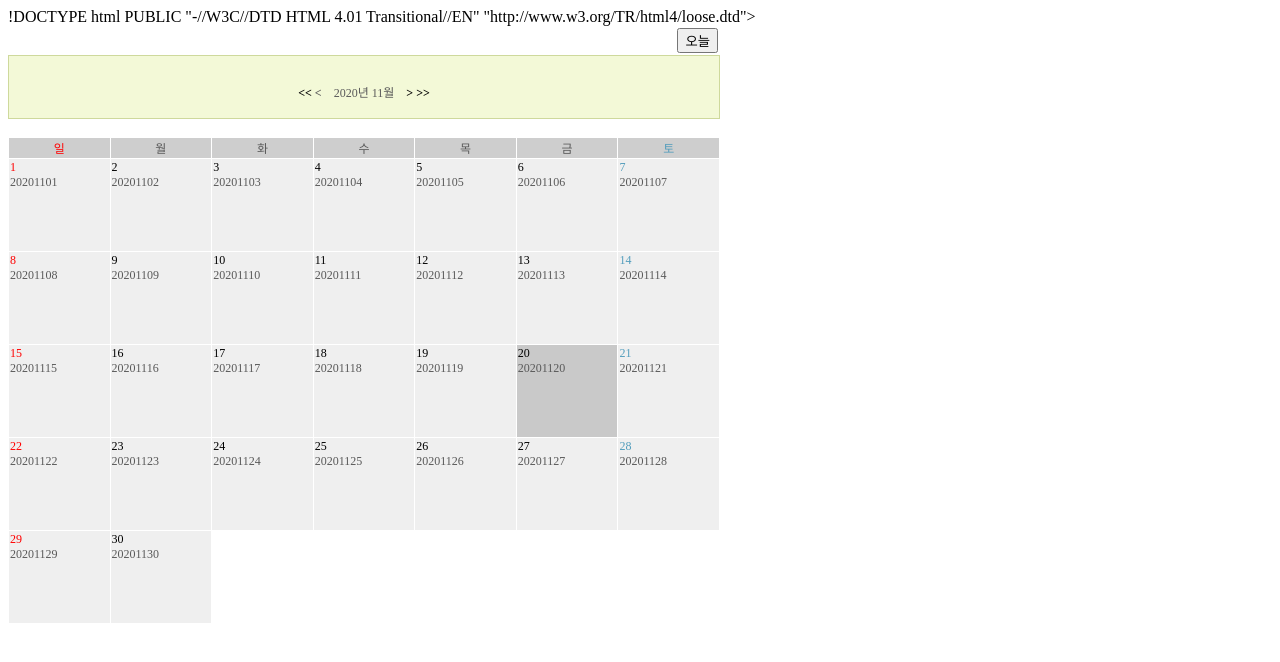
Repository: JEON-KIHO/finalProject
Page: http://localhost/ERP/WEB-INF/views/calendar.jsp
The author's editor kept a copy of each file at every save. The page is drawn from the files as they stood at one save, then again after the next save.
The browser window is 1280 px wide. The pictures show the whole page.
The page is served by Tomcat 9. Nobody is signed in. Other server files are loaded and not shown. The template is opened directly, without the code that normally fills it, so the values that code supplies are empty.

Above is the page before, as saved 2020-11-27 06:54:23.

### ERP/src/main/webapp/WEB-INF/views/calendar.jsp
!DOCTYPE html PUBLIC "-//W3C//DTD HTML 4.01 Transitional//EN"
"http://www.w3.org/TR/html4/loose.dtd">
<%@page import="java.text.SimpleDateFormat"%>
<%@page import="java.util.Calendar"%>
<%@ page contentType="text/html; charset=utf-8"%>
<%@ taglib prefix="c" uri="http://java.sun.com/jsp/jstl/core"%>
<%
	Calendar cal = Calendar.getInstance();
	String strYear = request.getParameter("year");
	String strMonth = request.getParameter("month");
	int year = cal.get(Calendar.YEAR);
	int month = cal.get(Calendar.MONTH);
	int date = cal.get(Calendar.DATE);
	if (strYear != null) {
		year = Integer.parseInt(strYear);
		month = Integer.parseInt(strMonth);
	} else {
	}

	//년도/월 셋팅
	cal.set(year, month, 1);
	int startDay = cal.getMinimum(java.util.Calendar.DATE);
	int endDay = cal.getActualMaximum(java.util.Calendar.DAY_OF_MONTH);
	int start = cal.get(java.util.Calendar.DAY_OF_WEEK);
	int newLine = 0;

	//오늘 날짜 저장.
	Calendar todayCal = Calendar.getInstance();
	SimpleDateFormat sdf = new SimpleDateFormat("yyyMMdd");
	int intToday = Integer.parseInt(sdf.format(todayCal.getTime()));
%>
<html lang="ko">
<HEAD>
<TITLE>캘린더</TITLE>
<meta http-equiv="content-type" content="text/html; charset=utf-8">
<script type="text/javaScript" language="javascript"></script>
<style TYPE="text/css">
body {
	scrollbar-face-color: #F6F6F6;
	scrollbar-highlight-color: #bbbbbb;
	scrollbar-3dlight-color: #FFFFFF;
	scrollbar-shadow-color: #bbbbbb;
	scrollbar-darkshadow-color: #FFFFFF;
	scrollbar-track-color: #FFFFFF;
	scrollbar-arrow-color: #bbbbbb;
	margin-left: "0px";
	margin-right: "0px";
	margin-top: "0px";
	margin-bottom: "0px";
}

td {
	font-family: "돋움";
	font-size: 9pt;
	color: #595959;
}

th {
	font-family: "돋움";
	font-size: 9pt;
	color: #000000;
}

select {
	font-family: "돋움";
	font-size: 9pt;
	color: #595959;
}

.divDotText {
	overflow: hidden;
	text-overflow: ellipsis;
}

A:link {
	font-size: 9pt;
	font-family: "돋움";
	color: #000000;
	text-decoration: none;
}

A:visited {
	font-size: 9pt;
	font-family: "돋움";
	color: #000000;
	text-decoration: none;
}

A:active {
	font-size: 9pt;
	font-family: "돋움";
	color: red;
	text-decoration: none;
}

A:hover {
	font-size: 9pt;
	font-family: "돋움";
	color: red;
	text-decoration: none;
}
</style>
</HEAD>
<BODY>
	<form name="calendarFrm" id="calendarFrm" action="" method="post">
		<DIV id="content" style="width: 712px;">
			<table width="100%" border="0" cellspacing="1" cellpadding="1">
				<tr>
					<td align="right"><input type="button"
						onclick="javascript:location.href='<c:url value='/CalendarExam2.jsp' />'"
						value="오늘" /></td>
				</tr>
			</table>

			<!--날짜 네비게이션  -->
			<table width="100%" border="0" cellspacing="1" cellpadding="1"
				id="KOO" bgcolor="#F3F9D7" style="border: 1px solid #CED99C">
				<tr>
					<td height="60">
						<table width="100%" border="0" cellspacing="0" cellpadding="0">
							<tr>
								<td height="10"></td>
							</tr>
							<tr>
								<td align="center"><a
									href="<c:url value='/CalendarExam2.jsp' />?year=<%=year - 1%>&amp;month=<%=month%>"
									target="_self"> <b>&lt;&lt;</b> <!-- 이전해 -->
								</a> <%
 	if (month > 0) {
 %> <ahref
										="<c:url value='/CalendarExam2.jsp' />?year=<%=year%>
										&amp;month=<%=month - 1%> "
									target="_self">
									<b>&lt;</b> <!-- 이전달 --> </a> <%
 	} else {
 %> <b>&lt;</b> <%
 	}
 %> &nbsp;&nbsp; <%=year%>년 <%=month + 1%>월 &nbsp;&nbsp; <%
 	if (month < 11) {
 %> <a
										href="<c:url value='/CalendarExam2.jsp' />?year=<%=year%>&amp;month=<%=month + 1%>"
										target="_self"> <!-- 다음달 --> <b>&gt;</b>
									</a> <%
 	} else {
 %> <b>&gt;</b> <%
 	}
 %> <a
										href="<c:url value='/CalendarExam2.jsp' />?year=<%=year + 1%>&amp;month=<%=month%>"
										target="_self"> <!-- 다음해 --> <b>&gt;&gt;</b>
									</a></td>
							</tr>
						</table>
					</td>
				</tr>
			</table>
			<br>
			<table border="0" cellspacing="1" cellpadding="1" bgcolor="#FFFFFF">
				<THEAD>
					<TR bgcolor="#CECECE">
						<TD width='100px'>
							<DIV align="center">
								<font color="red">일</font>
							</DIV>
						</TD>
						<TD width='100px'>
							<DIV align="center">월</DIV>
						</TD>
						<TD width='100px'>
							<DIV align="center">화</DIV>
						</TD>
						<TD width='100px'>
							<DIV align="center">수</DIV>
						</TD>
						<TD width='100px'>
							<DIV align="center">목</DIV>
						</TD>
						<TD width='100px'>
							<DIV align="center">금</DIV>
						</TD>
						<TD width='100px'>
							<DIV align="center">
								<font color="#529dbc">토</font>
							</DIV>
						</TD>
					</TR>
				</THEAD>
				<TBODY>
					<TR>
						<%
							//처음 빈공란 표시
							for (int index = 1; index < start; index++) {
								out.println("<TD >&nbsp;</TD>");
								newLine++;
							}
							for (int index = 1; index <= endDay; index++) {
								String color = "";
								if (newLine == 0) {
									color = "RED";
								} else if (newLine == 6) {
									color = "#529dbc";
								} else {
									color = "BLACK";
								}
								;
								String sUseDate = Integer.toString(year);
								sUseDate += Integer.toString(month + 1).length() == 1 ? "0" + Integer.toString(month + 1)
										: Integer.toString(month + 1);
								sUseDate += Integer.toString(index).length() == 1 ? "0" + Integer.toString(index)
										: Integer.toString(index);
								int iUseDate = Integer.parseInt(sUseDate);
								String backColor = "#EFEFEF";
								if (iUseDate == intToday) {
									backColor = "#c9c9c9";
								}
								out.println("<TD valign='top' align='left' height='92px' bgcolor='" + backColor + "' nowrap>");
						%>
						<font color='<%=color%>'> <%=index%>
						</font>
						<%
							out.println("<BR>");
								out.println(iUseDate);
								out.println("<BR>");
								//기능 제거
								out.println("</TD>");
								newLine++;
								if (newLine == 7) {
									out.println("</TR>");
									if (index <= endDay) {
										out.println("<TR>");
									}
									newLine = 0;
								}
							}
							//마지막 공란 LOOP
							while (newLine > 0 && newLine < 7) {
								out.println("<TD>&nbsp;</TD>");
								newLine++;
							}
						%>
					</TR>
				</TBODY>
			</TABLE>
		</DIV>
	</form>
</BODY>
</HTML>

After the next save:
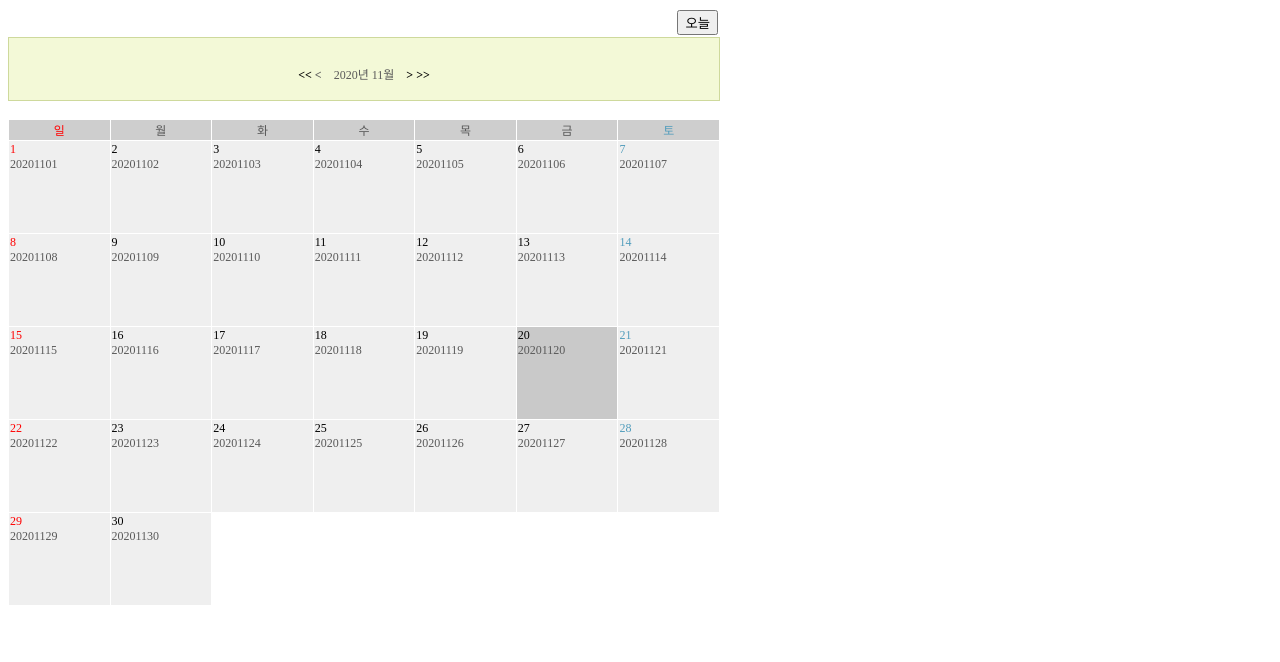
Saved 49 s later.
--- a/ERP/src/main/webapp/WEB-INF/views/calendar.jsp
+++ b/ERP/src/main/webapp/WEB-INF/views/calendar.jsp
@@ -1,5 +1,3 @@
-!DOCTYPE html PUBLIC "-//W3C//DTD HTML 4.01 Transitional//EN"
-"http://www.w3.org/TR/html4/loose.dtd">
 <%@page import="java.text.SimpleDateFormat"%>
 <%@page import="java.util.Calendar"%>
 <%@ page contentType="text/html; charset=utf-8"%>
